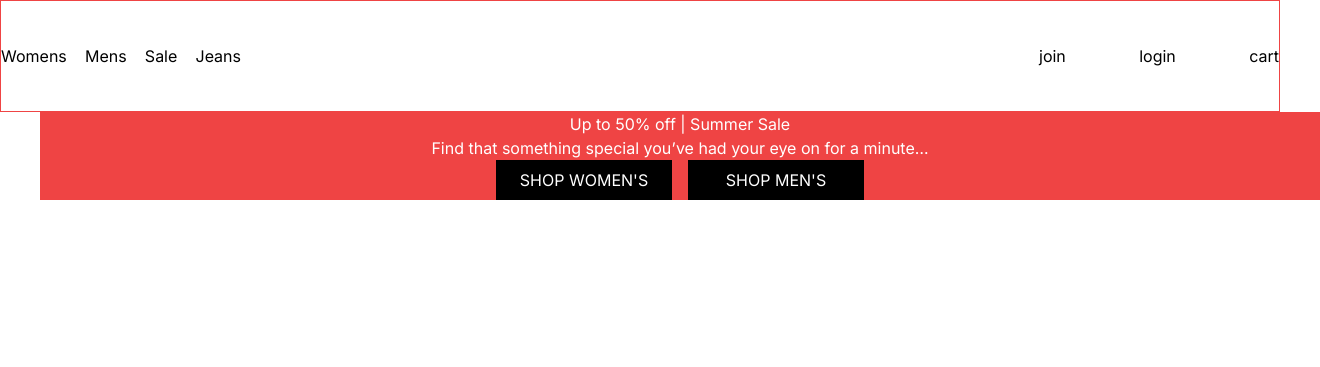
Repository: harrywebb21/stil-clothing
Page: /
The author's editor kept a copy of each file at every save. The page is drawn from the files as they stood at one save, then again after a run of saves.
The browser window is 1280 px wide. The page is 1320 px wide, so the pictures cover 1320 px, including what lies to the right of the window. The pictures show the whole page.
The project was rebuilt for these pictures with package versions that can differ from the ones it lists, and the page was loaded fresh each time. The framework's server and built-in components were replaced by stand-ins that run in the browser. Also part of the build but not shown: next.config.js.

Above is the page before, as saved 2023-06-08 16:06:13.

### src/app/page.js
"use client";
import Image from "next/image";
import Navbar from "./components/Navbar";
import SaleBox from "./components/SaleBox";

export default function Home() {
  return (
    <div>
      <Navbar />
      <SaleBox />
    </div>
  );
}

### src/app/components/Navbar.js
export default function Navbar() {
  return (
    <div className=" border border-red-500 h-28 flex justify-between items-center sticky t-0 l-0 w-screen">
      <ul className=" flex justify-between w-60">
        <li>
          <a href="/womens">Womens</a>
        </li>
        <li>
          <a href="/mens">Mens</a>
        </li>
        <li>
          <a href="/sale">Sale</a>
        </li>
        <li>
          <a href="/jeans">Jeans</a>
        </li>
      </ul>

      <ul className="flex justify-between w-60">
        <li>
          <a href="/join">join</a>
        </li>
        <li>
          <a href="/login">login</a>
        </li>
        <li>
          <a href="/cart">cart</a>
        </li>
      </ul>
    </div>
  );
}

### src/app/components/SaleBox.js
export default function SaleBox() {
  return (
    <div className="flex flex-col justify-center items-center  bg-red-500 text-white w-screen mx-10">
      <h1> Up to 50% off | Summer Sale</h1>
      <p>Find that something special you’ve had your eye on for a minute…</p>
      <div className="gap-4 flex">
        <button className="bg-black text-white px-4 py-2 text-center  w-44">
          SHOP WOMEN'S
        </button>
        <button className="bg-black text-white px-4 py-2  text-center w-44">
          SHOP MEN'S
        </button>
      </div>
    </div>
  );
}

Loaded but not shown: src/app/layout.js (common file); src/app/globals.css (common file); tailwind.config.js (common file)

After the next 2 saves:
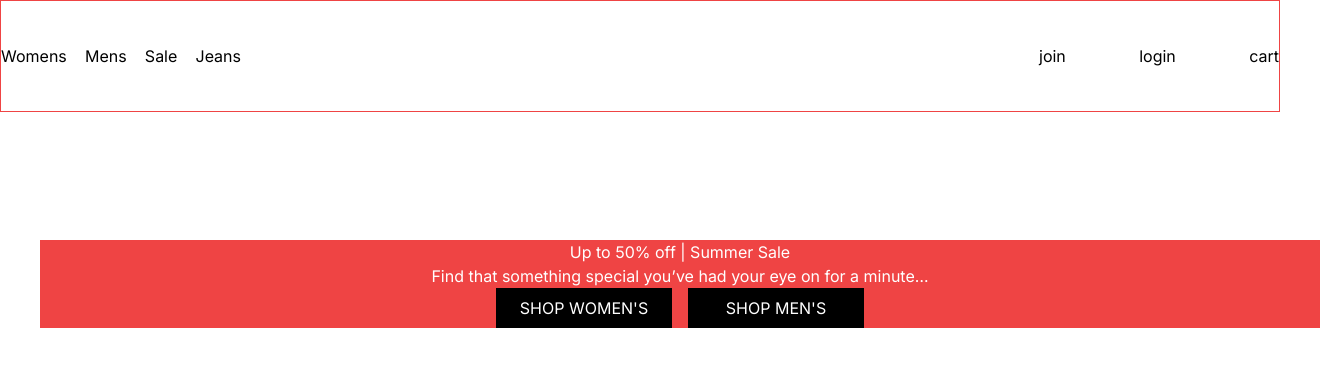
The 2 saves are shown as one change because 1 did not build or start.
The last was saved 119 s later.
--- a/src/app/page.js
+++ b/src/app/page.js
@@ -7,6 +7,7 @@ export default function Home() {
   return (
     <div>
       <Navbar />
+      <div className="flex justify-center items-center p-16"></div>
       <SaleBox />
     </div>
   );
